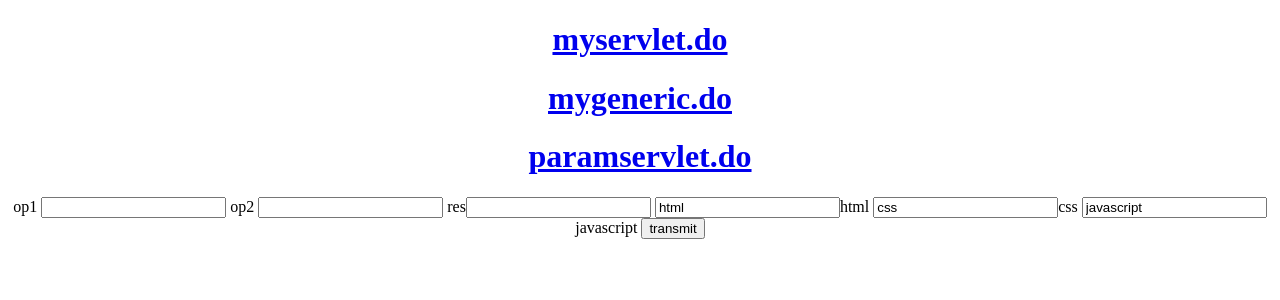
Repository: govltjsdnd24/SSAFY_BackEnd
Page: LocalServletJspEx/WebContent/index.html
An editor plug-in stored every save of this project. The page is shown before and after the next save, followed by the edit.
The browser window is 1280 px wide. The pictures show the whole page.

Above is the page before, as saved 2023-09-14 05:26:39.

After the next save:
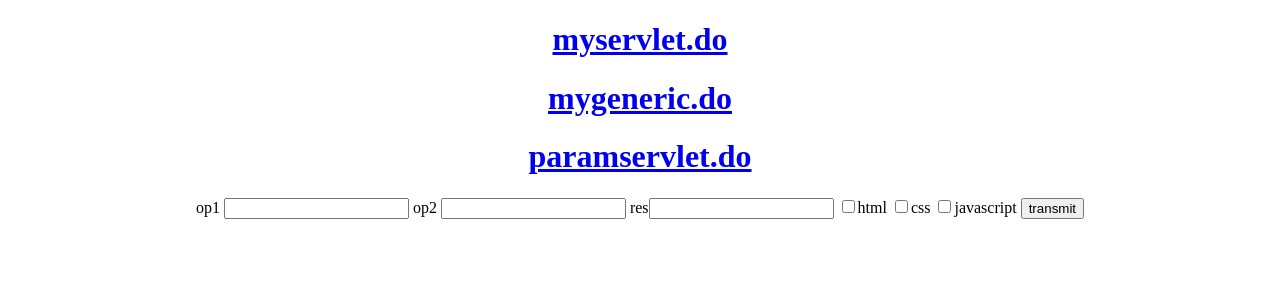
Saved 76 s later.
--- a/LocalServletJspEx/WebContent/index.html
+++ b/LocalServletJspEx/WebContent/index.html
@@ -14,9 +14,9 @@
 			<label for="iop2">op2 </label><input type="text" id= "iop2" name= "nop2">
 			<label for="res">res</label><input type="text" id= "res" name= "res" readonly="readonly">
 
-			<input type "checkbox" name="check" value="html">html</input>
-			<input type "checkbox" name="check" value="css">css</input>
-			<input type "checkbox" name="check" value="javascript">javascript</input>
+			<input type= "checkbox" name="check" value="html">html</input>
+			<input type= "checkbox" name="check" value="css">css</input>
+			<input type= "checkbox" name="check" value="javascript">javascript</input>
 
 			<input type="submit" value = "transmit">
 		</form>
